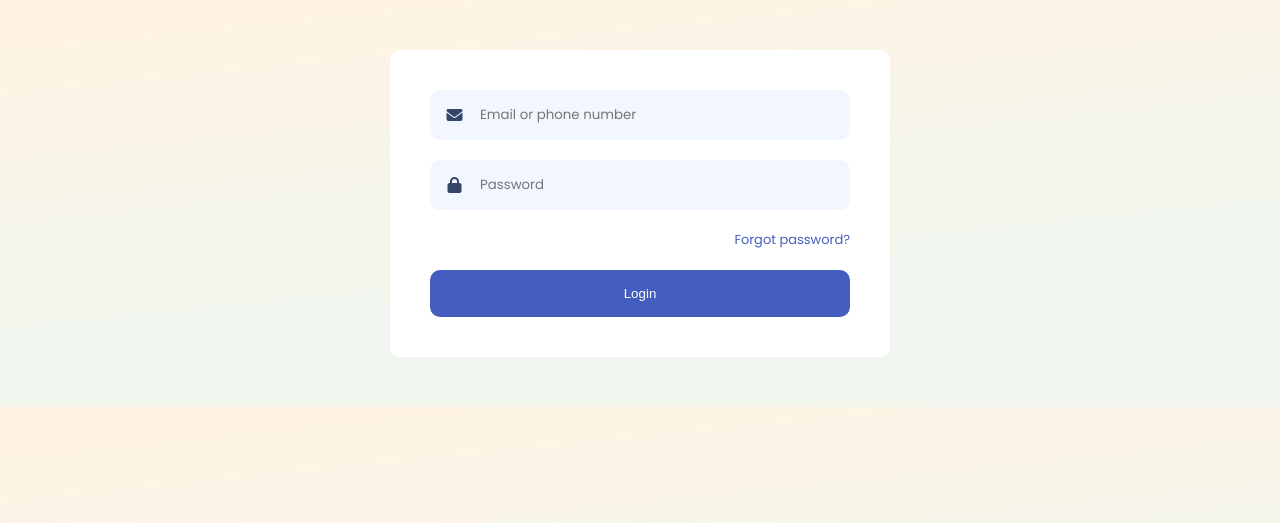
Repository: VuTuanAnh0949/loginForm
Page: index.html
The author's editor kept a copy of each file at every save. The page is drawn from the files as they stood at one save, then again after the next save.
The browser window is 1280 px wide. The pictures show the whole page.

Above is the page before, as saved 2022-04-15 20:58:59.

After the next save:
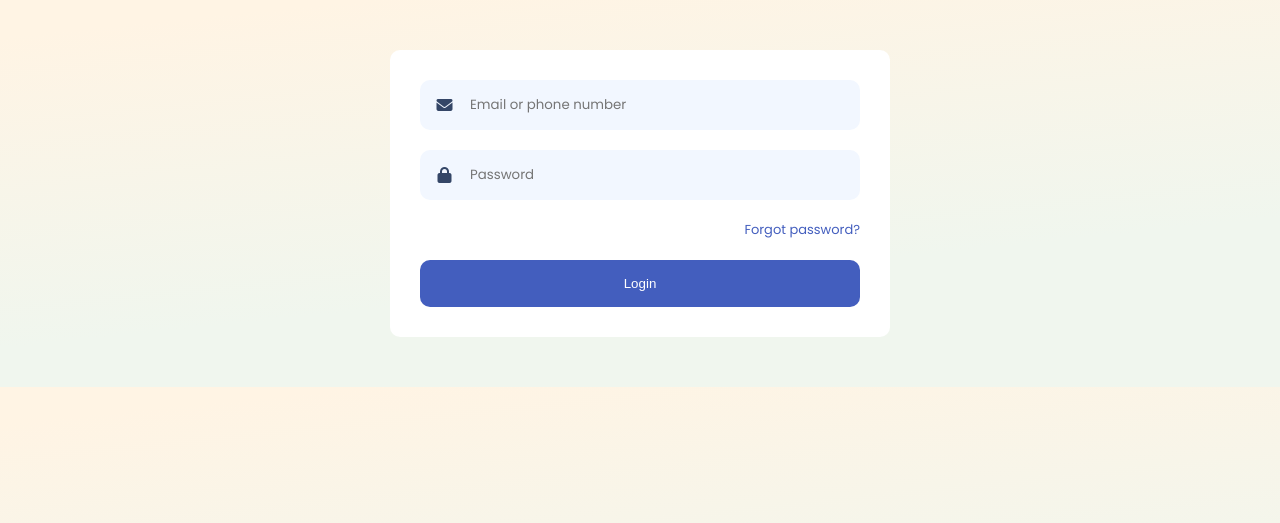
Saved 11 s later.
--- a/style.css
+++ b/style.css
@@ -11,7 +11,7 @@
 .login{
 width: 500px;
 margin: 50px auto;
-padding: 40px;
+padding: 30px;
 background-color: white;
 border-radius: 10px;
 }

After the save that followed:
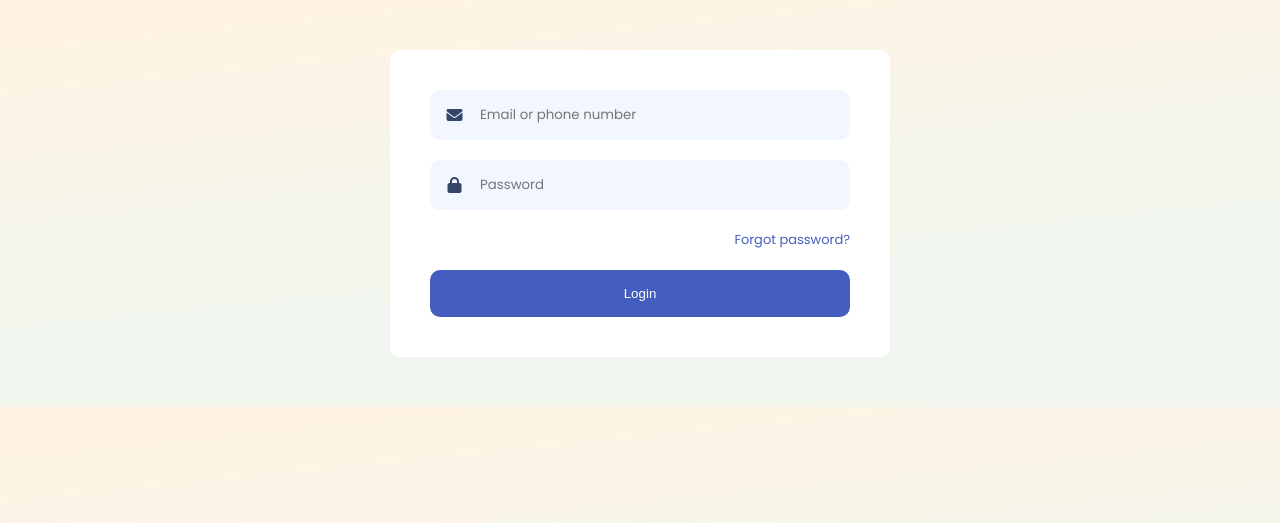
Saved 4 s later.
--- a/style.css
+++ b/style.css
@@ -11,7 +11,7 @@
 .login{
 width: 500px;
 margin: 50px auto;
-padding: 30px;
+padding: 40px;
 background-color: white;
 border-radius: 10px;
 }
